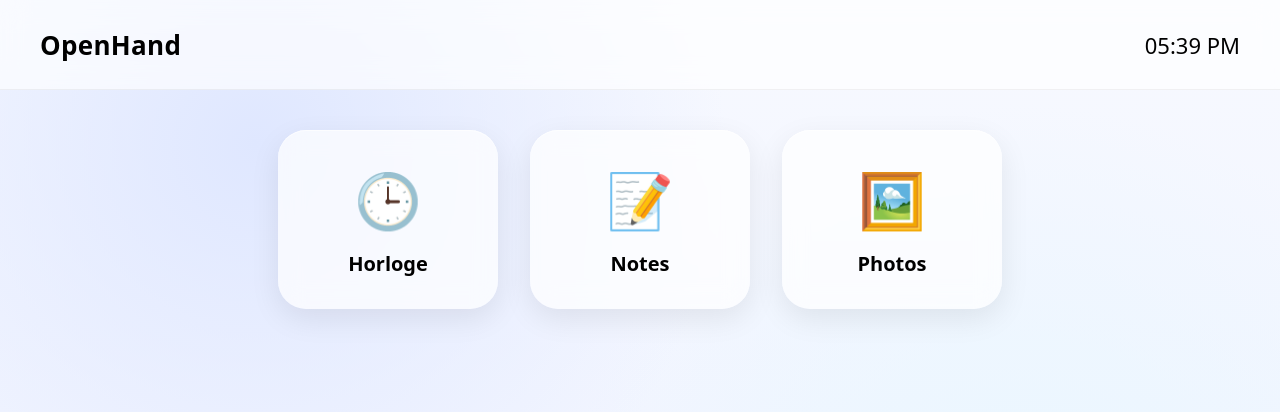
Repository: nlagardere/OpenHand
Page: index.html
The author's editor kept a copy of each file at every save. The page is drawn from the files as they stood at one save, then again after a run of saves.
The browser window is 1280 px wide. The pictures show the whole page.

Above is the page before, as saved 2026-01-30 21:28:10.

After the next 3 saves:
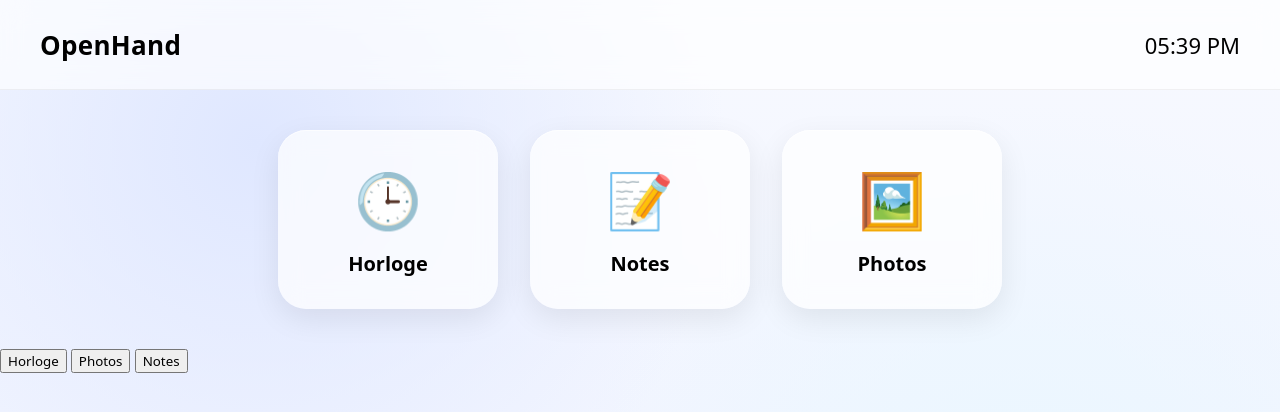
The 3 saves are shown as one change because they came seconds apart.
The last was saved 2 min 6 s later.
--- a/index.html
+++ b/index.html
@@ -20,6 +20,12 @@
   <iframe id="appFrame"></iframe>
 </div>
 
+<footer>
+  <button class="appIcon" onclick="openApp('clock')">Horloge</button>
+  <button class="appIcon" onclick="openApp('photos')">Photos</button>
+  <button class="appIcon" onclick="openApp('notes')">Notes</button>
+</footer>
+
 <script src="main.js"></script>
 </body>
 </html>

After the save that followed:
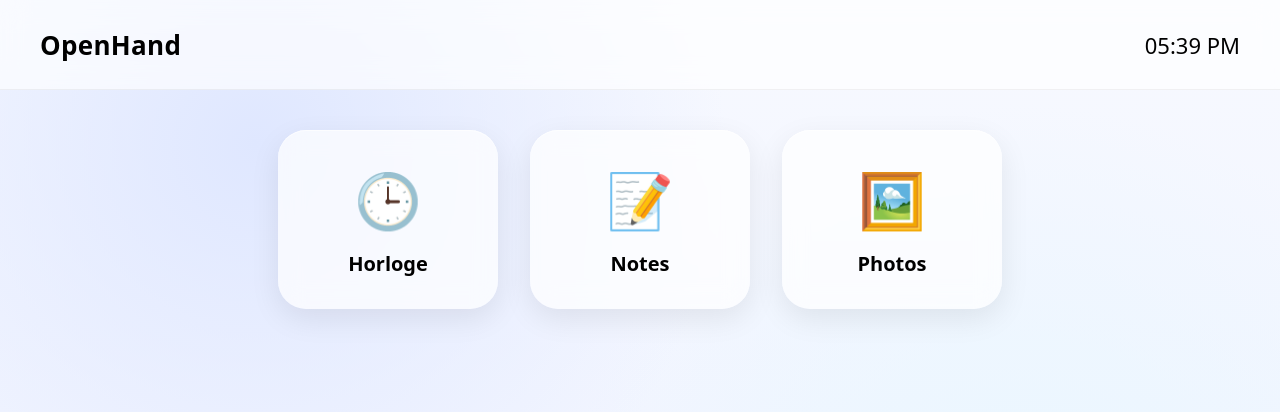
Saved 13 s later.
--- a/index.html
+++ b/index.html
@@ -21,9 +21,7 @@
 </div>
 
 <footer>
-  <button class="appIcon" onclick="openApp('clock')">Horloge</button>
-  <button class="appIcon" onclick="openApp('photos')">Photos</button>
-  <button class="appIcon" onclick="openApp('notes')">Notes</button>
+
 </footer>
 
 <script src="main.js"></script>
